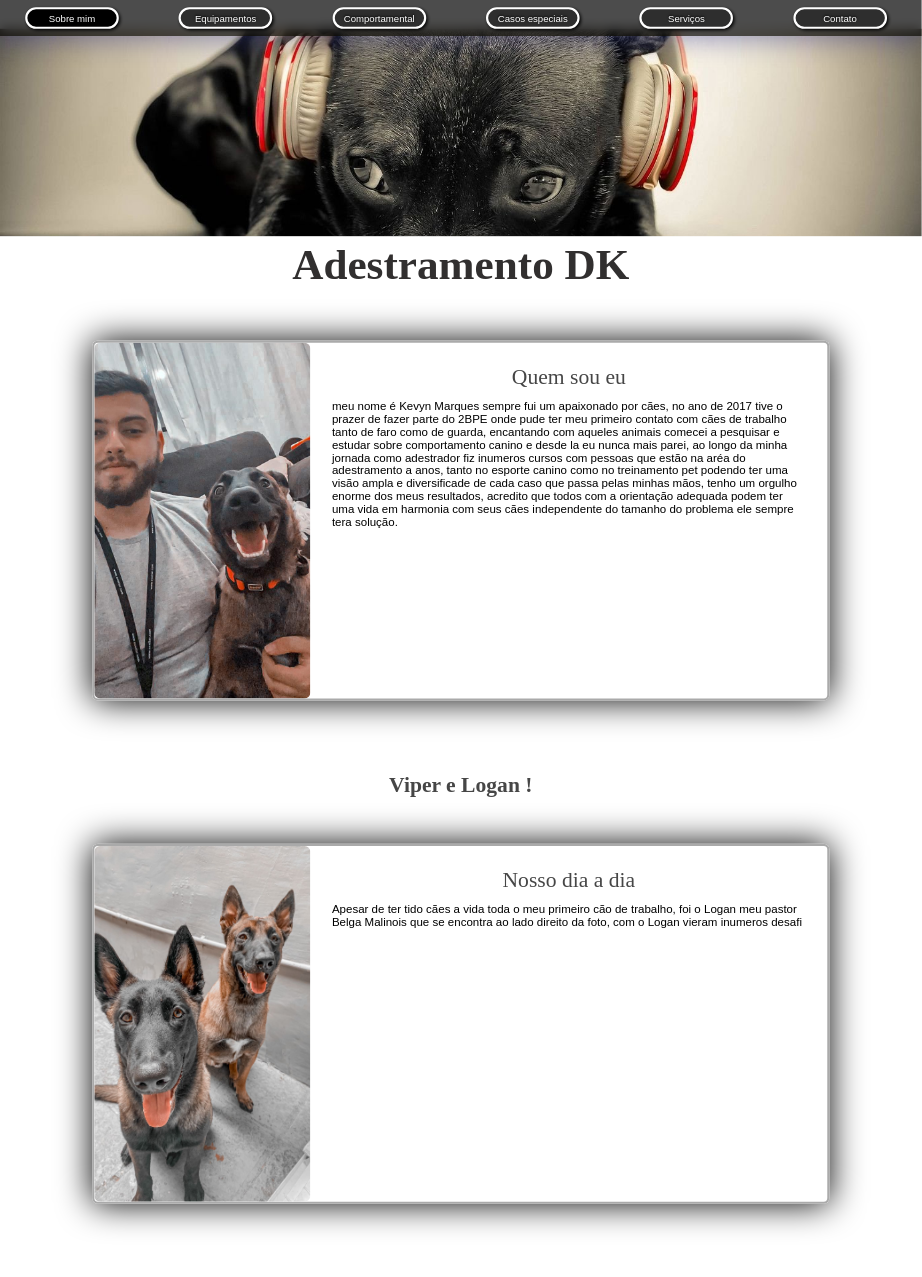
Repository: KevynMarques/Blog-React-StyledComponent
Page: /
The author's editor kept a copy of each file at every save. The page is drawn from the files as they stood at one save, then again after the next save.
The browser window is 1280 px wide. The pictures show the whole page, at 72% of full size.
The project was rebuilt for these pictures with package versions that can differ from the ones it lists, and the page was loaded fresh each time. Also part of the build but not shown: src/Components/Equipamentos/index.jsx, src/Components/Comportamental/index.jsx, src/Components/Clientes/index.jsx, src/Components/Serviços/index.jsx, src/Components/Contato/index.jsx.

Above is the page before, as saved 2022-02-21 13:34:20.

### public/index.html
<!DOCTYPE html>
<html lang="pt-BR">
  <head>
    <meta charset="utf-8" />
    <link rel="icon" href="%PUBLIC_URL%/favicon.ico" />
    <meta name="viewport" content="width=device-width, initial-scale=1" />
    <meta name="theme-color" content="#000000" />
    <meta
      name="description"
      content="Web site created using create-react-app"
    />
    <link rel="apple-touch-icon" href="%PUBLIC_URL%/logo192.png" />
    <!--
      manifest.json provides metadata used when your web app is installed on a
      user's mobile device or desktop. See https://developers.google.com/web/fundamentals/web-app-manifest/
    -->
    <!--
      Notice the use of %PUBLIC_URL% in the tags above.
      It will be replaced with the URL of the `public` folder during the build.
      Only files inside the `public` folder can be referenced from the HTML.

      Unlike "/favicon.ico" or "favicon.ico", "%PUBLIC_URL%/favicon.ico" will
      work correctly both with client-side routing and a non-root public URL.
      Learn how to configure a non-root public URL by running `npm run build`.
    -->
    <title>Adestramento DK</title>
  </head>
  <body>
    <noscript>You need to enable JavaScript to run this app.</noscript>
    <div id="root"></div>
    <!--
      This HTML file is a template.
      If you open it directly in the browser, you will see an empty page.

      You can add webfonts, meta tags, or analytics to this file.
      The build step will place the bundled scripts into the <body> tag.

      To begin the development, run `npm start` or `yarn start`.
      To create a production bundle, use `npm run build` or `yarn build`.
    -->
  </body>
</html>

### src/App.jsx
import Home from './Pages/Home';
import Sobre from './Components/Sobre/index';
import { useState, useEffect } from 'react';
import { GlobalStyle } from './GlobalStyle';
import Geral from './Components/Geral/index';


function App() {

  const [geral, setGeral]=useState(<Sobre />);

  return (
    <>
    <Home setGeral={setGeral} geral={geral}  />
    <Geral geral={geral} />
    <GlobalStyle/>
   </>
  );
}

export default App;

### src/Pages/Home/index.jsx
import React, {useState} from "react"
import {  Home, Equip, Comportamental, MeusCaes, Serviços, Contato } from "../../Components/Buttons/Style"
import Equipamentos from "../../Components/Equipamentos/index"
import Sobre from '../../Components/Sobre/index'
import Comport  from '../../Components/Comportamental/index'
import Clientes from '../../Components/Clientes/index'
import Serv from "../../Components/Serviços"
import Cont from '../../Components/Contato/index'
import { ContainerHeader } from "../../Components/Containers/style"




export default (props) => {

  const [ativo, setAtivo] = useState(false)
  const [ativoEquip, setAtivoEquip] = useState(true)
  const [ativoComp, setComp] = useState(true)
  const [Casos, setCasos] = useState(true)
  const [serviços, setServiços] = useState(true)
  const [contato, setContato] = useState(true)


  return (
   <>
    <ContainerHeader>


       <Home
         setAtivo={setAtivo}
         ativo={ativo}
         onClick={()=>(props.setGeral(<Sobre />),
         setAtivo(false),
         setAtivoEquip(true),
         setComp(true),
         setCasos(true),
         setServiços(true)
         )}>
         <p>Sobre mim</p>
      </Home>



       <Equip
        ativoEquip={ativoEquip}
        setAtivoEquip={setAtivoEquip}
        onClick={()=>(props.setGeral(<Equipamentos />),
        setAtivo(true),
        setAtivoEquip(false),
        setComp(true),
        setCasos(true),
        setServiços(true)
        )}>
        <p>Equipamentos</p>
       </Equip>

       <Comportamental
          onClick={() =>(props.setGeral(<Comport />),
          setAtivo(true),
          setAtivoEquip(true),
          setComp(false),
          setCasos(true),
          setServiços(true))}

          setComp={setComp}
          ativoComp={ativoComp}>

         <p>Comportamental</p>
       </Comportamental>

       <MeusCaes
          onClick={() =>(props.setGeral(<Clientes />),
          setAtivo(true),
          setAtivoEquip(true),
          setComp(true),
          setCasos(false),
          setServiços(true))}
          setCasos={setCasos}
          Casos={Casos}>
         <p>Casos especiais</p>
       </MeusCaes>

       <Serviços onClick={() =>(props.setGeral(<Serv />),
        setAtivo(true),
        setAtivoEquip(true),
        setComp(true),
        setCasos(true),
        setServiços(false))}
        setServiços={setServiços}
        serviços={serviços}>
         <p>Serviços</p>
       </Serviços>

       <Contato onClick={() =>(props.setGeral(<Cont />),
        setAtivo(true),
        setAtivoEquip(true),
        setComp(true),
        setCasos(true),
        setServiços(true),
        setContato(false)
       )}
          setContato={setContato}
          contato={contato}>
         <p>Contato</p>
      </Contato>

    </ContainerHeader>
    </>
  );
}

### src/Components/Sobre/index.jsx
import Foto from '../Image/foto.png'
import LV from '../Image/LV.jpg';
import Dog from '../Image/Dog.png'
import { Tittle } from "../Textos&Titles/style";
import { ContainerBaner, ContainerBox, ContainerIMG } from "../Containers/style";
import { Info } from "../Textos&Titles/style";
import { SubTitle } from '../Textos&Titles/style';
import { TitleInfo } from '../Textos&Titles/style';


export default () => {
  return (
<>
     <ContainerBaner>
      <img src={Dog} />
     </ContainerBaner>

   <Tittle>
          Adestramento DK
  </Tittle>


  <ContainerBox>
       <ContainerIMG>
        <img src={Foto} />
       </ContainerIMG>
       <Info>
       <TitleInfo>Quem sou eu</TitleInfo>
       meu nome é Kevyn Marques sempre fui um apaixonado por cães, no ano de 2017 tive o prazer
       de fazer parte do 2BPE  onde pude ter  meu primeiro contato com cães de trabalho tanto de faro como de guarda, encantando com aqueles animais comecei a pesquisar e estudar sobre comportamento canino  e desde la eu nunca mais parei, ao longo da minha jornada como adestrador fiz inumeros cursos com pessoas que estão na aréa do adestramento a anos, tanto no esporte canino como no treinamento pet podendo ter uma visão ampla e diversificade de cada caso que passa pelas minhas mãos, tenho um orgulho enorme dos meus resultados, acredito que todos com a orientação adequada podem ter uma vida em harmonia com seus cães independente do tamanho do problema ele sempre tera solução.
       </Info>
       </ContainerBox>

  <SubTitle>  Viper e Logan !
  </SubTitle>


    <ContainerBox>

       <ContainerIMG>
        <img src={LV} />
       </ContainerIMG>
       <Info>
       <TitleInfo>Nosso dia a dia</TitleInfo>
       Apesar de ter tido cães a vida toda o meu primeiro cão de trabalho, foi o Logan meu pastor Belga Malinois que se encontra ao lado direito da foto, com o Logan vieram inumeros desafi
       </Info>
      </ContainerBox>
</>

  );
}

### src/GlobalStyle.jsx
import { createGlobalStyle } from 'styled-components';

 export const GlobalStyle = createGlobalStyle`
  * {
    margin: 0;
    padding: 0;
    box-sizing: border-box;

  }
`;

### src/Components/Geral/index.jsx
import React from "react"

export default (props) => {

  return (

    <>
    {props.geral}
    </>

  );

}

### src/Components/Buttons/Style.jsx
import styled from "styled-components";


export const Home = styled.button `
background:${props => props.ativo ? '#2e2e2e' : '#000000'};
font-family: Arial, Helvetica, sans-serif;
font-style:normal;
color:#ffffff;
border:3px solid #ffffff;
text-shadow:0px -1px 3px #000000;
box-shadow:2px 2px 5px #000000;
box-shadow:2px 2px 5px #000000;
box-shadow:2px 2px 5px #000000;
border-radius:25px 25px 25px 25px;
border-radius:25px 25px 25px 25px;
border-radius:25px 25px 25px 25px;
width:130px;
height: 30px;

&:hover {
  background-color: black;
}

cursor:pointer;
margin:0 auto;
margin-left: 35px;

&:active {
  transform: scale(0.9);
}

`;


export const Equip = styled(Home) `

background:${props => props.ativoEquip ? '#2e2e2e' : '#000000'};

`;

export const Comportamental = styled(Home) `

background:${props => props.ativoComp ? '#2e2e2e' : '#000000'};

`;


export const MeusCaes = styled(Home) `

background:${props => props.Casos? '#2e2e2e' : '#000000'};

`;


export const Serviços = styled(Home) `

background:${props => props.serviços? '#2e2e2e' : '#000000'};

`;

export const Contato = styled(Home) `

background:#2e2e2e;

`;

### src/Components/Containers/style.jsx
import  styled  from "styled-components";



export const  ContainerHeader  = styled.div `
     width: 100vw;
     height: 50px;
     margin: 0;
     position: fixed;
     z-index: 99999;
     background: rgba( 0, 0, 0, 0.7 );
     box-shadow: 0 8px 32px 0 rgba( 31, 38, 135, 0.37 );
     backdrop-filter: blur( 7.5px );
     -webkit-backdrop-filter: blur( 7.5px );
     color:white;
     display: flex;
     align-items: center;
     justify-content: center;
`;



export const ContainerBaner= styled.div `
  width: 100%;
  height: 40vh;


    img {
    width: 100%;
    height: 100%;
    object-fit: cover;
    margin-top: 40px;

    }
`;


export const  ContainerBox = styled.section `
  height: 500px;
  border: solid 3px #aaaaaa;
  width: 80vw;
  margin: 100px  10%;
  border-radius: 8px;
  box-shadow: 0 0 3em Black;
  display: flex;
  `;


export const ContainerIMG = styled.div `

    min-width:300px;
    height:494px;

  img {
    object-fit: cover;
    width: 100%;
    height: 100%;
    border-radius: 8px;
  }

`;

### src/Components/Textos&Titles/style.jsx
import styled from 'styled-components'



export const Tittle = styled.h1`
@import url('https://fonts.googleapis.com/css2?family=Bangers&display=swap');
color: #312f2f;
font-size: 60px;
font-family: 'Bangers', cursive;
text-align: center;
height: 40px;
margin-top: 45px;
`;


export const Info = styled.p`
 margin: 30px;
 font-family: Arial, Helvetica, sans-serif;
`;


export const SubTitle = styled.h2 `
 text-align: center;
 font-size: 30px;
 margin-top: 60px;
 font-family: Arial, Helvetica, sans-serif;
 color: #464646;
 margin-bottom: -35px;
 font-family: 'Bangers', cursive;
`;


export const TitleInfo = styled.div `
 text-align: center;
 font-size: 30px;
 font-family: Arial, Helvetica, sans-serif;
 color: #464646;
 font-family: 'Bangers', cursive;
 margin-bottom: 15px;
`;

Loaded but not shown: src/index.js (common file)

After the next save:
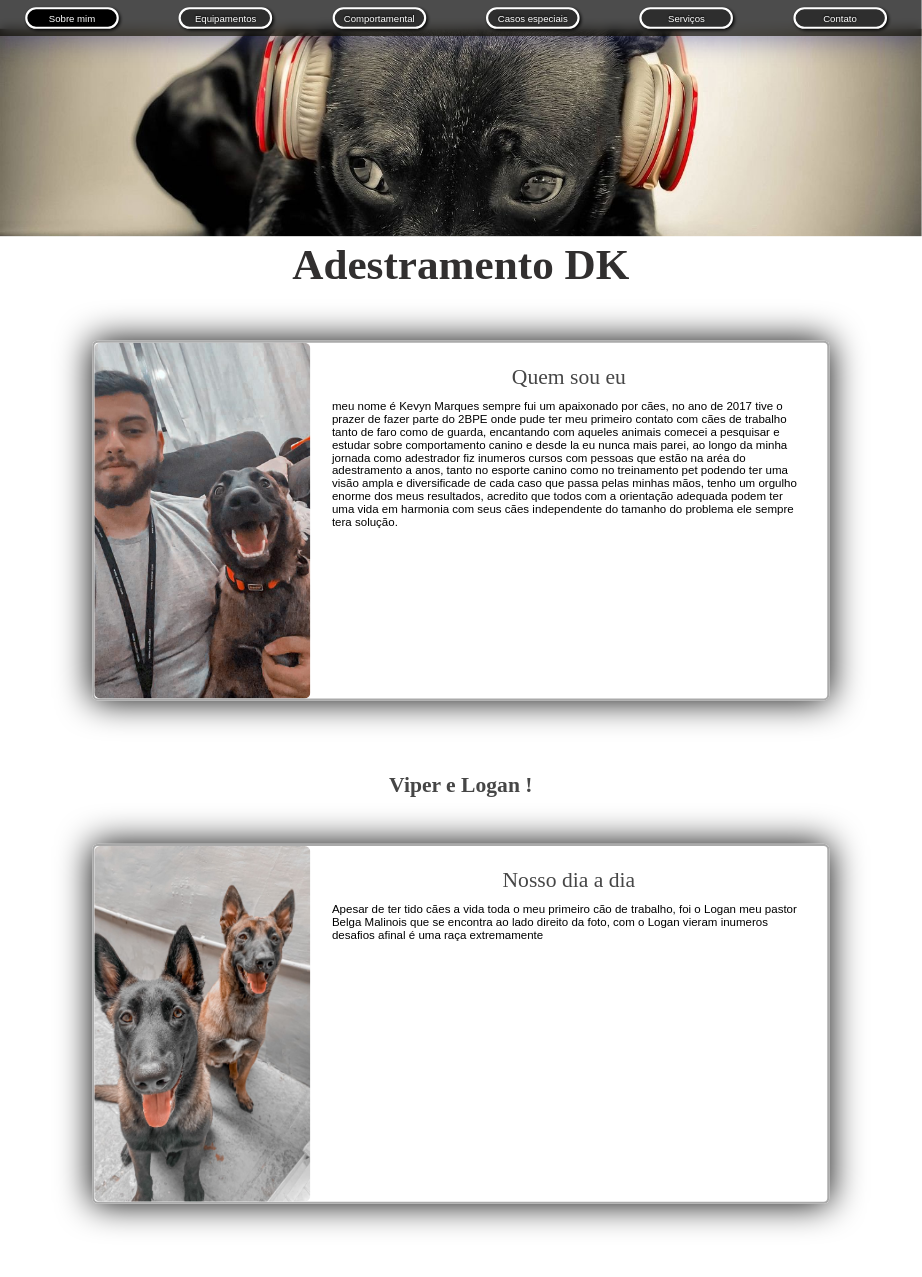
Saved 7 s later.
--- a/src/Components/Sobre/index.jsx
+++ b/src/Components/Sobre/index.jsx
@@ -42,7 +42,7 @@ export default () => {
        </ContainerIMG>
        <Info>
        <TitleInfo>Nosso dia a dia</TitleInfo>
-       Apesar de ter tido cães a vida toda o meu primeiro cão de trabalho, foi o Logan meu pastor Belga Malinois que se encontra ao lado direito da foto, com o Logan vieram inumeros desafi
+       Apesar de ter tido cães a vida toda o meu primeiro cão de trabalho, foi o Logan meu pastor Belga Malinois que se encontra ao lado direito da foto, com o Logan vieram inumeros desafios afinal é uma raça extremamente
        </Info>
       </ContainerBox>
 </>
